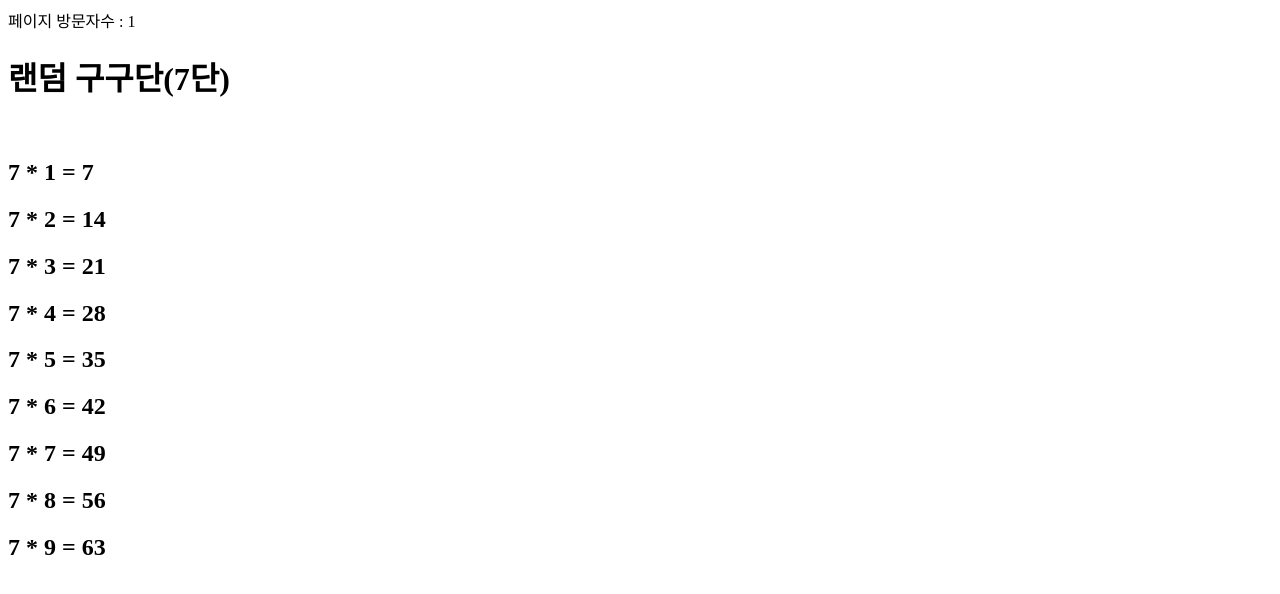
Repository: JongMin22/jsp.practice
Page: http://localhost/JSPBasic/JsPTag/TagQ02.jsp
The author's editor kept a copy of each file at every save. The page is drawn from the files as they stood at one save, then again after the next save.
The browser window is 1280 px wide. The pictures show the whole page.
The page is served by Tomcat 9.

Above is the page before, as saved 2022-02-02 13:25:39.

### JSPBasic/src/main/webapp/JsPTag/TagQ02.jsp
<%@ page language="java" contentType="text/html; charset=UTF-8"
    pageEncoding="UTF-8"%>
<!DOCTYPE html>
<html>
<head>
<meta charset="UTF-8">
<title>Insert title here</title>
</head>
<body>
<%!
public int count =0;
int randomNum(){
	return (int)(Math.random()*7 + 2);

			}

%>
<%
int currentNum=0;
out.println("페이지 방문자수 : " +  ++count);
int a = randomNum();
out.println("<h1>"+"랜덤 구구단"+"("+a+"단)" +"</h1>"+ "<br/>");
for(int i=1; i<10; i++){
		 out.println("<h2>"+a + " * "+ i + " = " + a*i + "</h2>");}
%>
<body>
</html>

After the next save:
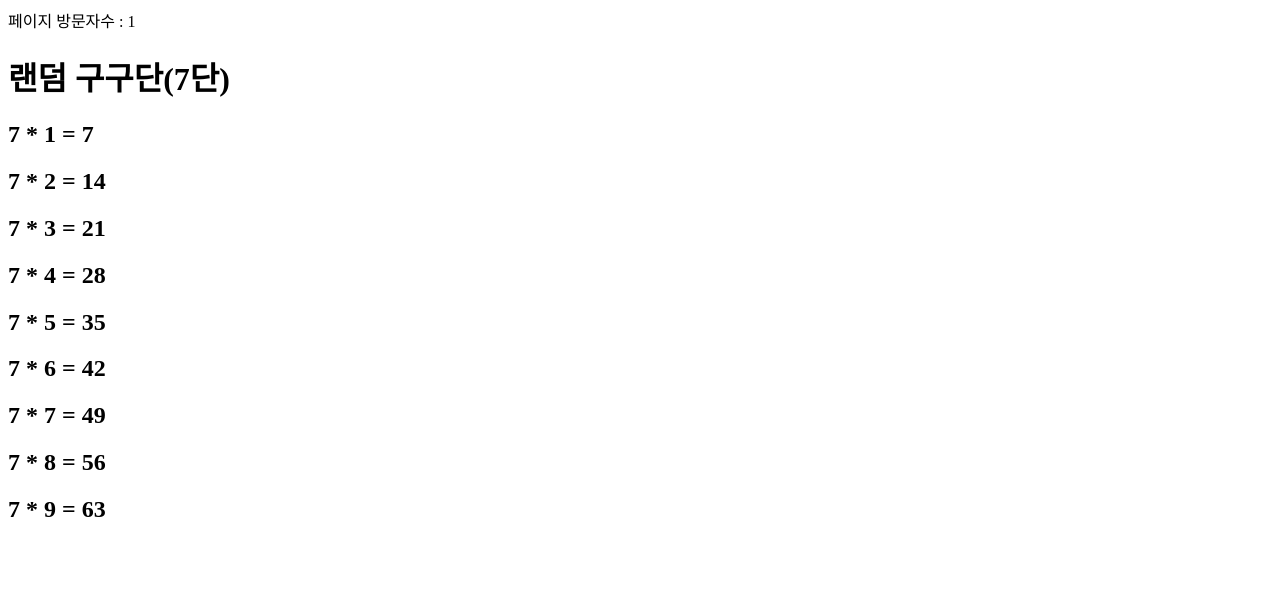
Saved 19 s later.
--- a/JSPBasic/src/main/webapp/JsPTag/TagQ02.jsp
+++ b/JSPBasic/src/main/webapp/JsPTag/TagQ02.jsp
@@ -19,7 +19,7 @@
 int currentNum=0;
 out.println("페이지 방문자수 : " +  ++count);
 int a = randomNum();
-out.println("<h1>"+"랜덤 구구단"+"("+a+"단)" +"</h1>"+ "<br/>");
+out.println("<h1>"+"랜덤 구구단"+"("+a+"단)" +"</h1>");
 for(int i=1; i<10; i++){
 		 out.println("<h2>"+a + " * "+ i + " = " + a*i + "</h2>");}
 %>
